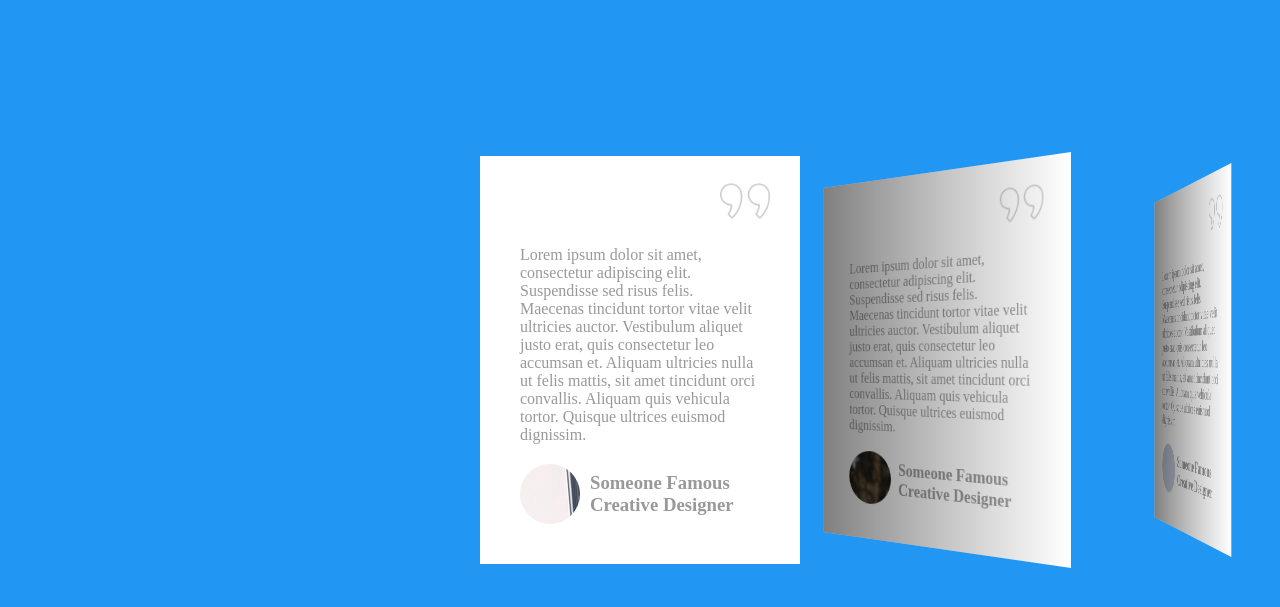
Repository: honghyunAhn/DailyFront
Page: Day210209_Responsive_Client_Testimonial_Section/index.html
An editor plug-in stored every save of this project. The page is shown before and after the next save, followed by the edit.
The browser window is 1280 px wide. The pictures show the whole page.

Above is the page before, as saved 2021-02-10 22:19:11.

### Day210209_Responsive_Client_Testimonial_Section/index.html
<!DOCTYPE html>
<html lang="en">
<head>
    <meta charset="UTF-8">
    <meta http-equiv="X-UA-Compatible" content="IE=edge">
    <meta name="viewport" content="width=device-width, initial-scale=1.0">
    <title>Responsive Client Testimonial Section</title>
    <link rel="stylesheet" href="https://unpkg.com/swiper/swiper-bundle.min.css" />
    <link rel="stylesheet" href="style.css">
</head>
<body>
    <section>
        <div class="swiper-container">
            <div class="swiper-wrapper">
                <div class="swiper-slide">
                    <div class="testimonialBox">
                        <img src="img/quote.png" height="50px" width="50px" class="quote">
                        <div class="content">
                            <p>Lorem ipsum dolor sit amet, consectetur adipiscing elit.
                                Suspendisse sed risus felis. Maecenas tincidunt tortor
                                vitae velit ultricies auctor. Vestibulum aliquet justo erat,
                                quis consectetur leo accumsan et. Aliquam ultricies nulla ut
                                felis mattis, sit amet tincidunt orci convallis.
                                Aliquam quis vehicula tortor. Quisque ultrices euismod dignissim.</p>
                            <div class="details">
                                <div class="imgBx">
                                    <img src="img/1.jpg" alt="">
                                </div>
                                <h3>Someone Famous<br><span>Creative Designer</span></h3>
                            </div>
                        </div>
                    </div>
                </div>
                <div class="swiper-slide">
                    <div class="testimonialBox">
                        <img src="img/quote.png" height="50px" width="50px" class="quote">
                        <div class="content">
                            <p>Lorem ipsum dolor sit amet, consectetur adipiscing elit.
                                Suspendisse sed risus felis. Maecenas tincidunt tortor
                                vitae velit ultricies auctor. Vestibulum aliquet justo erat,
                                quis consectetur leo accumsan et. Aliquam ultricies nulla ut
                                felis mattis, sit amet tincidunt orci convallis.
                                Aliquam quis vehicula tortor. Quisque ultrices euismod dignissim.</p>
                            <div class="details">
                                <div class="imgBx">
                                    <img src="img/2.jpg" alt="">
                                </div>
                                <h3>Someone Famous<br><span>Creative Designer</span></h3>
                            </div>
                        </div>
                    </div>
                </div>
                <div class="swiper-slide">
                    <div class="testimonialBox">
                        <img src="img/quote.png" height="50px" width="50px" class="quote">
                        <div class="content">
                            <p>Lorem ipsum dolor sit amet, consectetur adipiscing elit.
                                Suspendisse sed risus felis. Maecenas tincidunt tortor
                                vitae velit ultricies auctor. Vestibulum aliquet justo erat,
                                quis consectetur leo accumsan et. Aliquam ultricies nulla ut
                                felis mattis, sit amet tincidunt orci convallis.
                                Aliquam quis vehicula tortor. Quisque ultrices euismod dignissim.</p>
                            <div class="details">
                                <div class="imgBx">
                                    <img src="img/3.jpg" alt="">
                                </div>
                                <h3>Someone Famous<br><span>Creative Designer</span></h3>
                            </div>
                        </div>
                    </div>
                </div>
            </div>
        </div>
    </section>
    <script src="https://unpkg.com/swiper/swiper-bundle.min.js"></script>
    <script>
        var swiper = new Swiper('.swiper-container', {
            effect: 'coverflow',
            grabCursor: true,
            centeredSlides: true,
            slidesPerView: 'auto',
            coverflowEffect: {
                rotate: 50,
                stretch: 0,
                depth: 100,
                modifier: 1,
                slideShadows: true,
            },
            pagination: {
                el: '.swiper-pagination',
            },
        });
    </script>
</body>
</html>

### Day210209_Responsive_Client_Testimonial_Section/style.css
@import url("https://fonts.googleapis.com/css?family=Poppins:200,300,400,500,600,700,800,900&display=swap");
* {
  margin: 0;
  padding: 0;
  box-sizing: border-box;
  font-family: "Poppins" sans-serif;
}
section {
  position: relative;
  width: 100%;
  min-height: 100vh;
  display: flex;
  justify-content: center;
  align-items: center;
  background: #2196f3;
  overflow: hidden;
}
.swiper-container {
  width: 100%;
  padding-top: 50px;
  padding-bottom: 50px;
}
.swiper-slide {
  background-position: center;
  background-size: cover;
  width: 320px;
  background: #fff;
}
.testimonialBox {
  position: relative;
  width: 100%;
  padding: 40px;
  padding-top: 90px;
  color: #999;
}
.testimonialBox .quote {
  position: absolute;
  top: 20px;
  right: 30px;
  opacity: 0.2;
}
.testimonialBox .details {
  display: flex;
  align-items: center;
  margin-top: 20px;
}
.testimonialBox .details .imgBx {
  position: relative;
  width: 60px;
  height: 60px;
  border-radius: 50%;
  overflow: hidden;
  margin-right: 10px;
}
.testimonialBox .details .imgBx img {
}

After the next save:
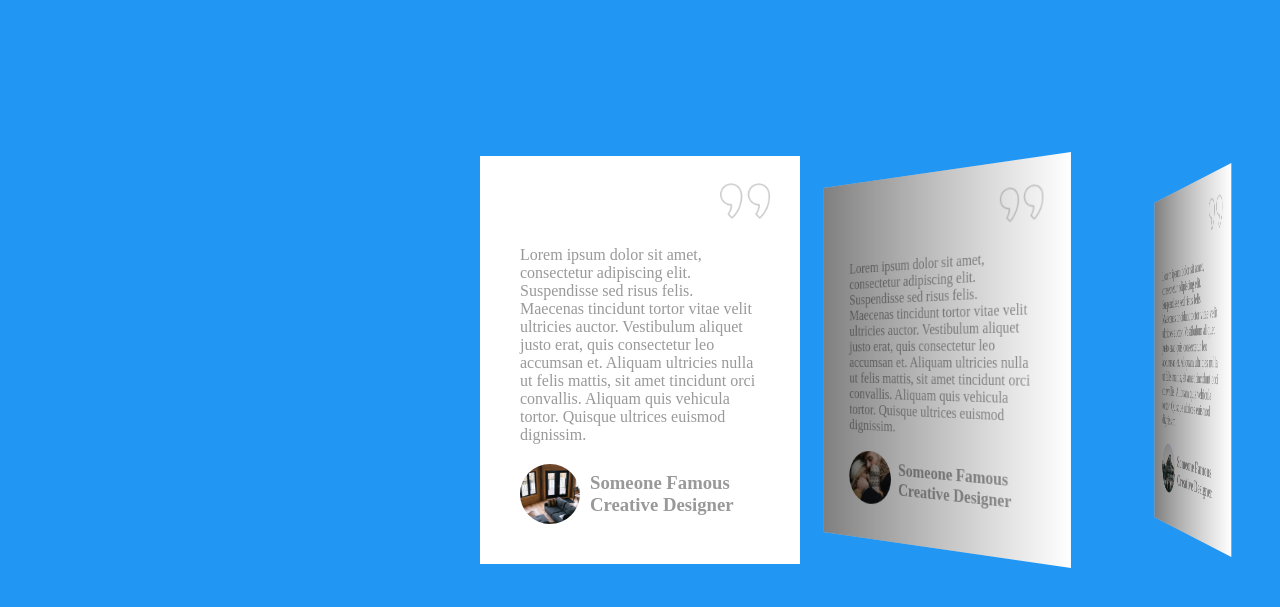
Saved 62 s later.
--- a/Day210209_Responsive_Client_Testimonial_Section/style.css
+++ b/Day210209_Responsive_Client_Testimonial_Section/style.css
@@ -53,4 +53,10 @@ section {
   margin-right: 10px;
 }
 .testimonialBox .details .imgBx img {
+  position: absolute;
+  top: 0;
+  left: 0;
+  width: 100%;
+  height: 100%;
+  object-fit: cover;
 }
